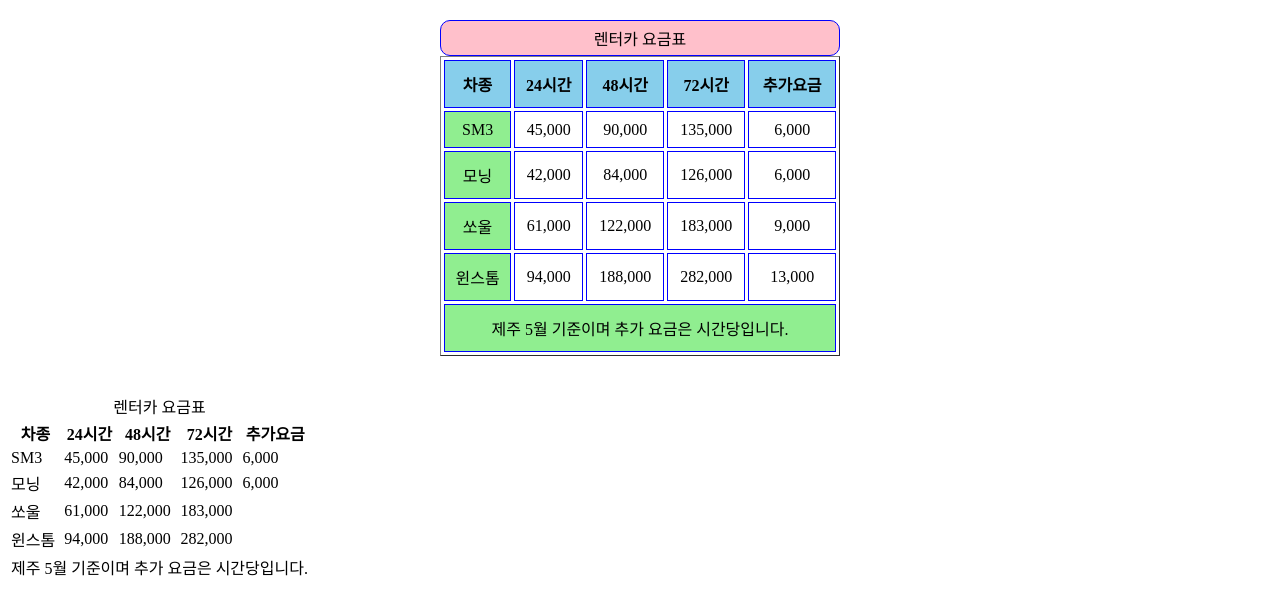
Repository: song-bean/Web_song
Page: 02_CSS/src/main/webapp/chapter03/unit06_01_table_before.html
An editor plug-in stored every save of this project. The page is shown before and after the next save, followed by the edit.
The browser window is 1280 px wide. The pictures show the whole page.

Above is the page before, as saved 2023-02-23 07:16:44.

After the next save:
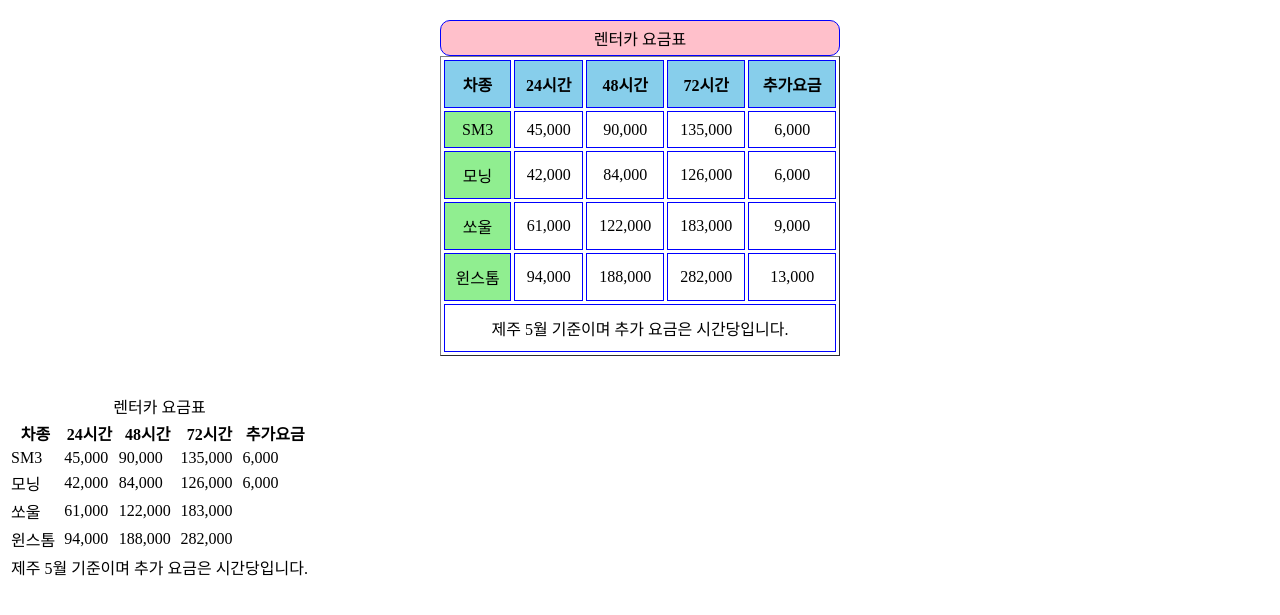
Saved 9 s later.
--- a/02_CSS/src/main/webapp/chapter03/unit06_01_table_before.html
+++ b/02_CSS/src/main/webapp/chapter03/unit06_01_table_before.html
@@ -32,7 +32,7 @@
 				background-color: lightgreen;
 			}
 
-			#table1 tr:last-child {
+			#table1 td:last-child {
 				background-color: white;
 			}
 

After the save that followed:
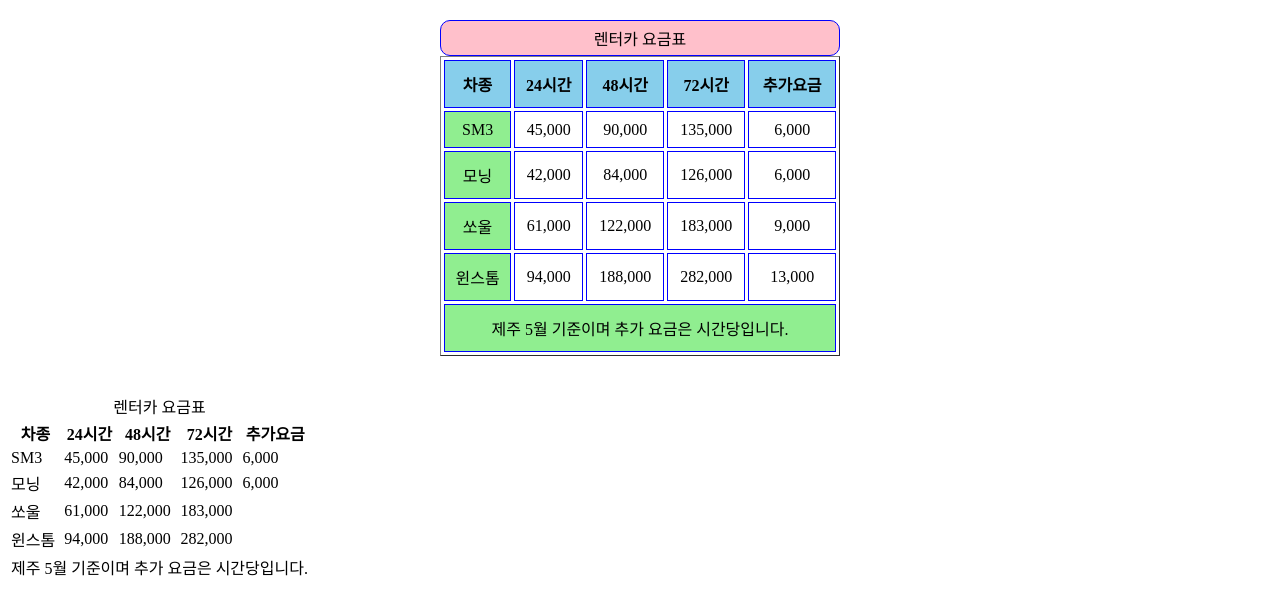
Saved 112 s later.
--- a/02_CSS/src/main/webapp/chapter03/unit06_01_table_before.html
+++ b/02_CSS/src/main/webapp/chapter03/unit06_01_table_before.html
@@ -28,7 +28,7 @@
 				background-color: skyblue;
 			}
 
-			#table1 td:first-child {
+			#table1 tr td:first-child {
 				background-color: lightgreen;
 			}
 
